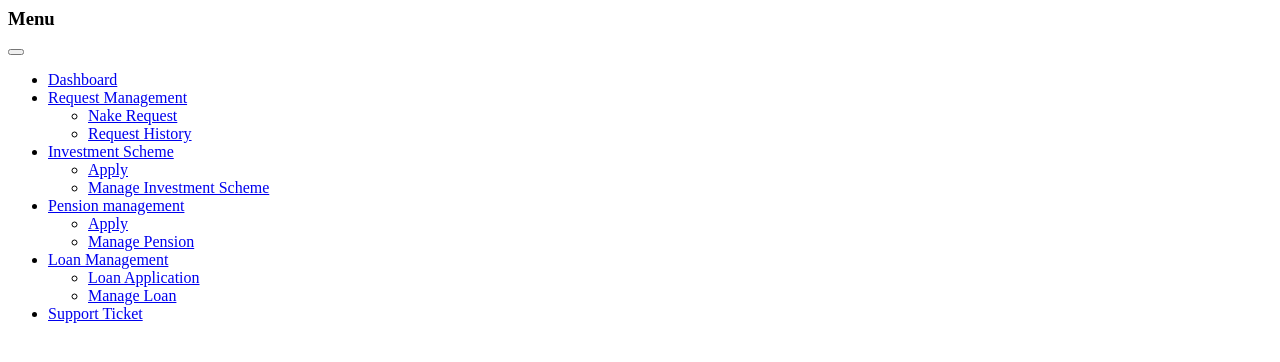
Repository: walterjnr1/crowdfunding-system
Page: http://localhost/student/sidebar.php
The author's editor kept a copy of each file at every save. The page is drawn from the files as they stood at one save, then again after the next save.
The browser window is 1280 px wide. The pictures show the whole page.
The page is run by PHP 8.4 with error messages shown; the project is at /var/www/html/.

Above is the page before, as saved 2025-02-28 13:03:30.

After the next save:
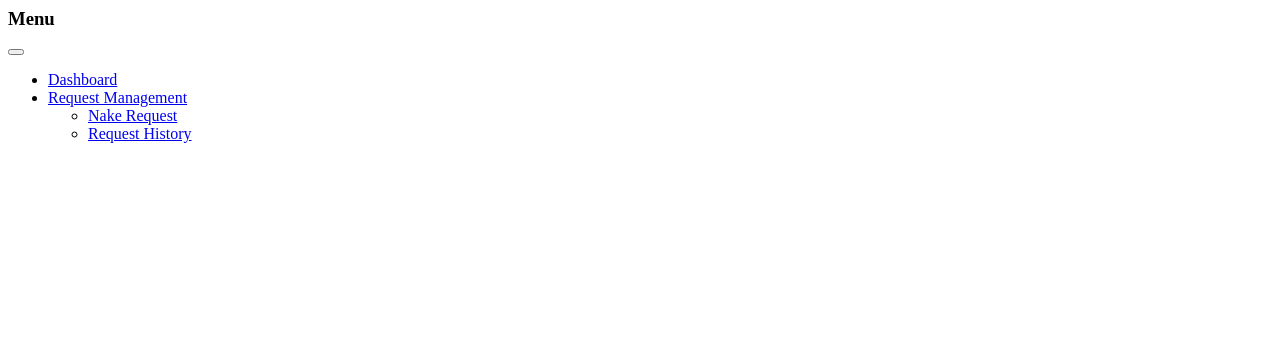
Saved 21 s later.
--- a/student/sidebar.php
+++ b/student/sidebar.php
@@ -20,29 +20,6 @@
           </ul>
         </li>
 
-        <li><a href="#"><i class="fa fa-dollar"></i> <span>Investment Scheme</span></a>
-          <ul>
-            <li><a href="404.php">Apply</a></li>
-                   <li><a href="404.php">Manage Investment Scheme</a></li>
-
-          </ul>
-        </li>
-        <li><a href="#"><i class="fa fa-euro"></i> <span>Pension management</span></a>
-          <ul>
-            <li><a href="404.php">Apply</a></li>
-                   <li><a href="404.php">Manage Pension </a></li>
-
-          </ul>
-        </li>
-        <li><a href="#"><i class="fa fa-dollar"></i> <span>Loan Management</span></a>
-          <ul>
-            <li><a href="404.php">Loan Application</a></li>
-                   <li><a href="404.php">Manage Loan</a></li>
-
-          </ul>
-        </li>
-		<li><a href="support.php"><i class="fa fa-support"></i> <span>Support Ticket</span></a>
-
 
 
       </ul>

After the save that followed:
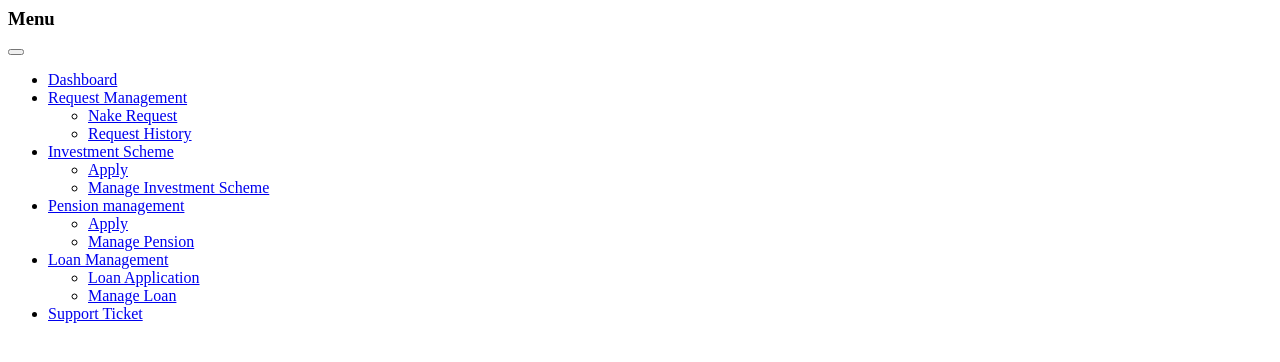
Saved 25 s later.
--- a/student/sidebar.php
+++ b/student/sidebar.php
@@ -20,6 +20,29 @@
           </ul>
         </li>
 
+        <li><a href="#"><i class="fa fa-dollar"></i> <span>Investment Scheme</span></a>
+          <ul>
+            <li><a href="404.php">Apply</a></li>
+                   <li><a href="404.php">Manage Investment Scheme</a></li>
+
+          </ul>
+        </li>
+        <li><a href="#"><i class="fa fa-euro"></i> <span>Pension management</span></a>
+          <ul>
+            <li><a href="404.php">Apply</a></li>
+                   <li><a href="404.php">Manage Pension </a></li>
+
+          </ul>
+        </li>
+        <li><a href="#"><i class="fa fa-dollar"></i> <span>Loan Management</span></a>
+          <ul>
+            <li><a href="404.php">Loan Application</a></li>
+                   <li><a href="404.php">Manage Loan</a></li>
+
+          </ul>
+        </li>
+		<li><a href="support.php"><i class="fa fa-support"></i> <span>Support Ticket</span></a>
+
 
 
       </ul>
